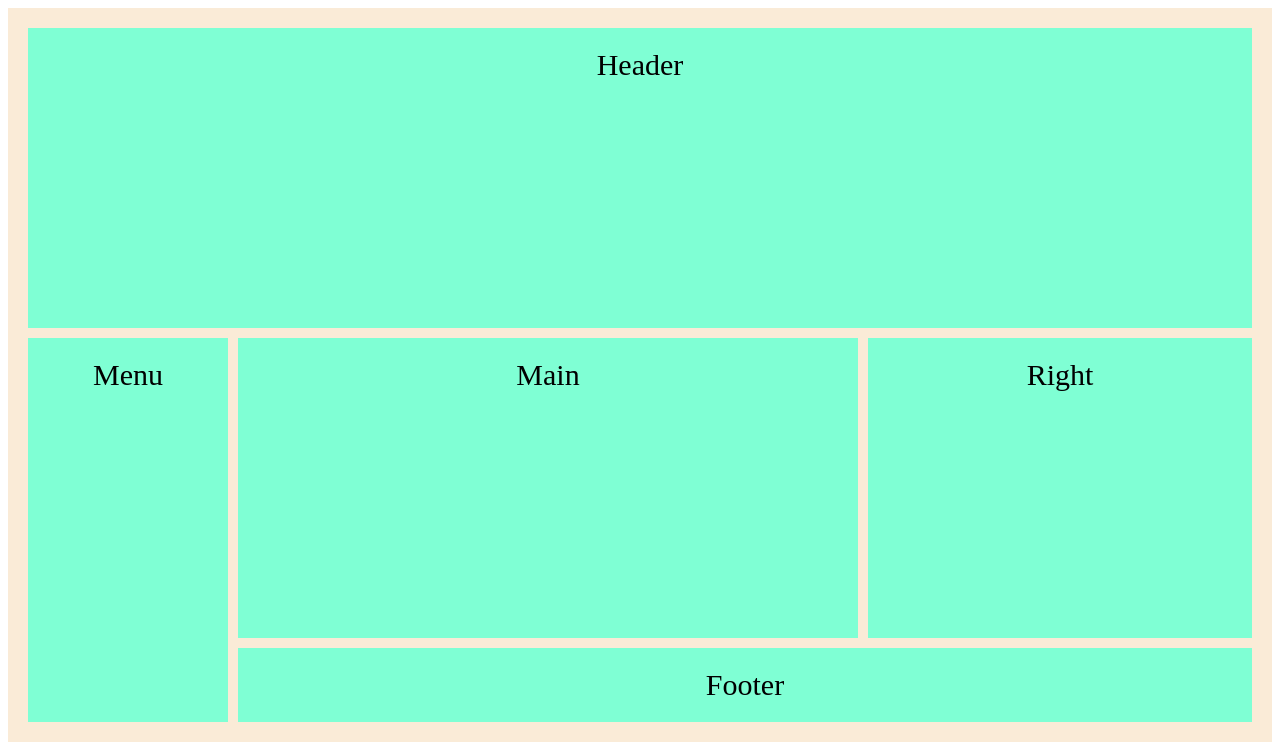
Repository: Thonghehe/Lab1_WEB106
Page: index11.html
The author's editor kept a copy of each file at every save. The page is drawn from the files as they stood at one save, then again after the next save.
The browser window is 1280 px wide. The pictures show the whole page.

Above is the page before, as saved 2024-03-05 17:42:10.

### index11.html
<!DOCTYPE html>
<html lang="en">

<head>
    <meta charset="UTF-8">
    <meta name="viewport" content="width=device-width, initial-scale=1.0">
    <title>Document</title>
    <link rel="stylesheet" href="./style.css">
</head>

<body>
    <div class="grid-container">
        <div class="item1">Header</div>
        <div class="item2">Menu</div>
        <div class="item3">Main</div>
        <div class="item4">Right</div>
        <div class="item5">Footer</div>
    </div>
</body>

</html>

### style.css
.item1 {
    grid-area: header;
}

.item2 {
    grid-area: menu;
}

.item3 {
    grid-area: main;
}

.item4 {
    grid-area: right;
}

.item5 {
    grid-area: footer;
}

.grid-container {
    display: grid;
    grid-template-areas:
        'header header header header header header'
        'menu main main main right right '
        'menu footer footer footer footer footer';
    gap: 10px;
    padding: 20px;
    background-color: antiquewhite;
    grid-template-columns: 200px 200px 200px 200px;
    grid-template-rows: 300px 300px;
    /* justify-content: center; */
    align-content: center;

}

.grid-container>div {
    background-color: aquamarine;
    text-align: center;
    padding: 20px;
    font-size: 30px;
}

After the next save:
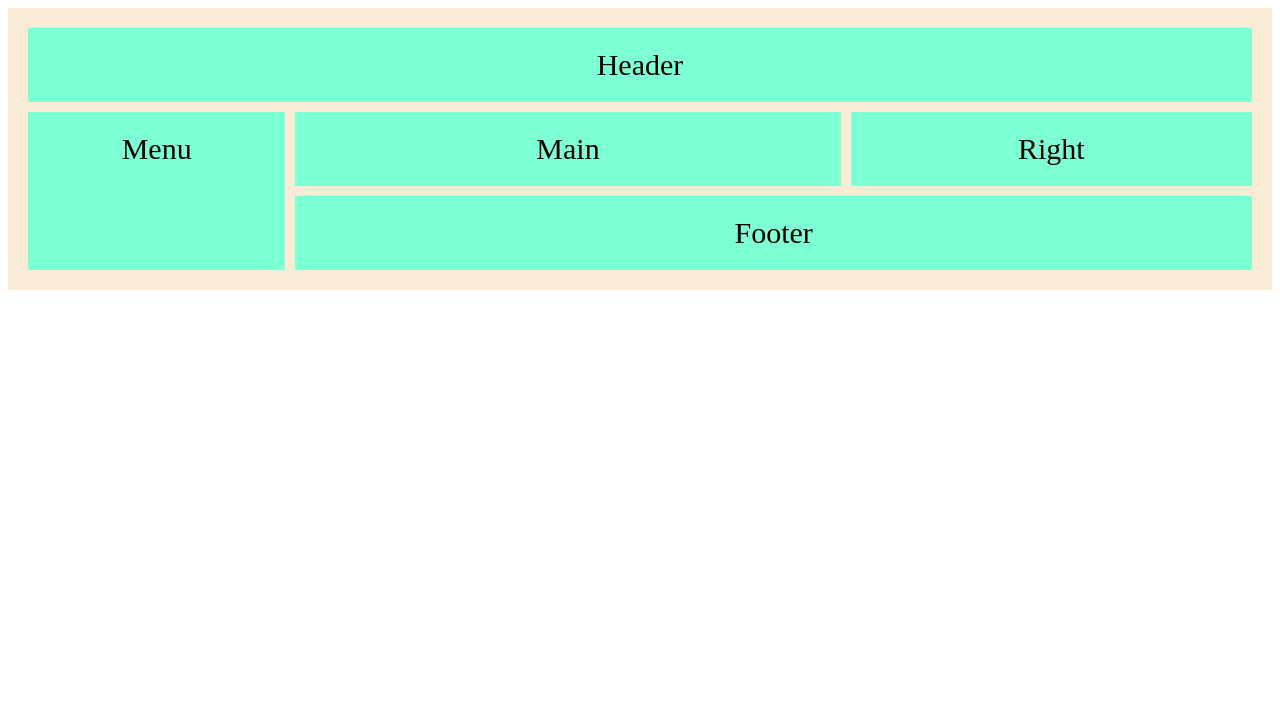
Saved 8 s later.
--- a/style.css
+++ b/style.css
@@ -27,8 +27,8 @@
     gap: 10px;
     padding: 20px;
     background-color: antiquewhite;
-    grid-template-columns: 200px 200px 200px 200px;
-    grid-template-rows: 300px 300px;
+    /* grid-template-columns: 200px 200px 200px 200px;
+    grid-template-rows: 300px 300px; */
     /* justify-content: center; */
     align-content: center;
 
